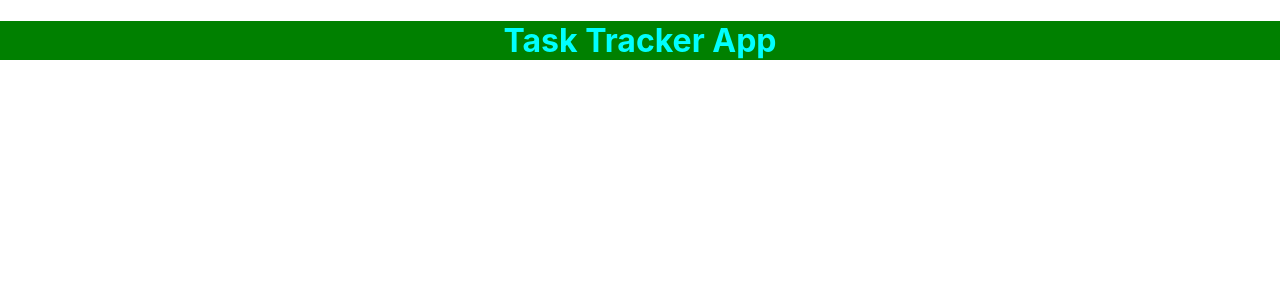
Repository: feyroozecode/task_tracker
Page: /
These files come from the project's save history. The page is drawn as it stood at one moment and after a run of saves; the edit follows.
The browser window is 1280 px wide. The pictures show the whole page.
The project was rebuilt for these pictures with package versions that can differ from the ones it lists, and the page was loaded fresh each time.

Above is the page before, as saved 2023-10-19 16:04:57.

### public/index.html
<!DOCTYPE html>
<html lang="en">
  <head>
    <meta charset="utf-8" />
    <link rel="icon" href="%PUBLIC_URL%/favicon.ico" />
    <meta name="viewport" content="width=device-width, initial-scale=1" />
    <meta name="theme-color" content="#000000" />
    <meta
      name="description"
      content="Web site created using create-react-app"
    />
    <link rel="apple-touch-icon" href="%PUBLIC_URL%/logo192.png" />

    <link rel="manifest" href="%PUBLIC_URL%/manifest.json" />

    <title>React App</title>
  </head>
  <body>
    <noscript>You need to enable JavaScript to run this app.</noscript>

    <div id="root"></div>

  </body>
</html>

### src/App.js
import Header from './components/Header'

const App = ()  => {
   const appName = 'Task Tracker App'

   return (
     <div className="container">
      <Header title={appName} />
     </div>
   );

}

export default App;

### src/components/Header.js
import PropTypes from 'prop-types'

const Header = ({ title }) => {
    return (
        <header>
            <h1 style={{ color: 'cyan', backgroundColor: 'green', textAlign: 'center' }}> { title } </h1>
        </header>
    )
}

// set default title
Header.defaultProps = {
    title: 'Task Tracker'
}

Header.propTypes = {
    title: PropTypes.string.isRequired
}

export default Header

Loaded but not shown: src/index.js (common file); src/index.css (common file)

After the next 2 saves:
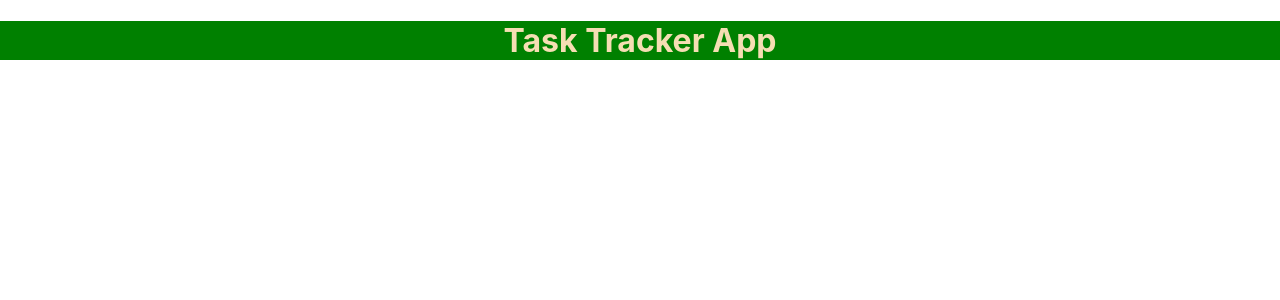
The 2 saves are shown as one change because they came seconds apart.
The last was saved 7 s later.
--- a/src/components/Header.js
+++ b/src/components/Header.js
@@ -3,7 +3,7 @@ import PropTypes from 'prop-types'
 const Header = ({ title }) => {
     return (
         <header>
-            <h1 style={{ color: 'cyan', backgroundColor: 'green', textAlign: 'center' }}> { title } </h1>
+            <h1 style={{ color: 'wheat', backgroundColor: 'green', textAlign: 'center' }}> { title } </h1>
         </header>
     )
 }
